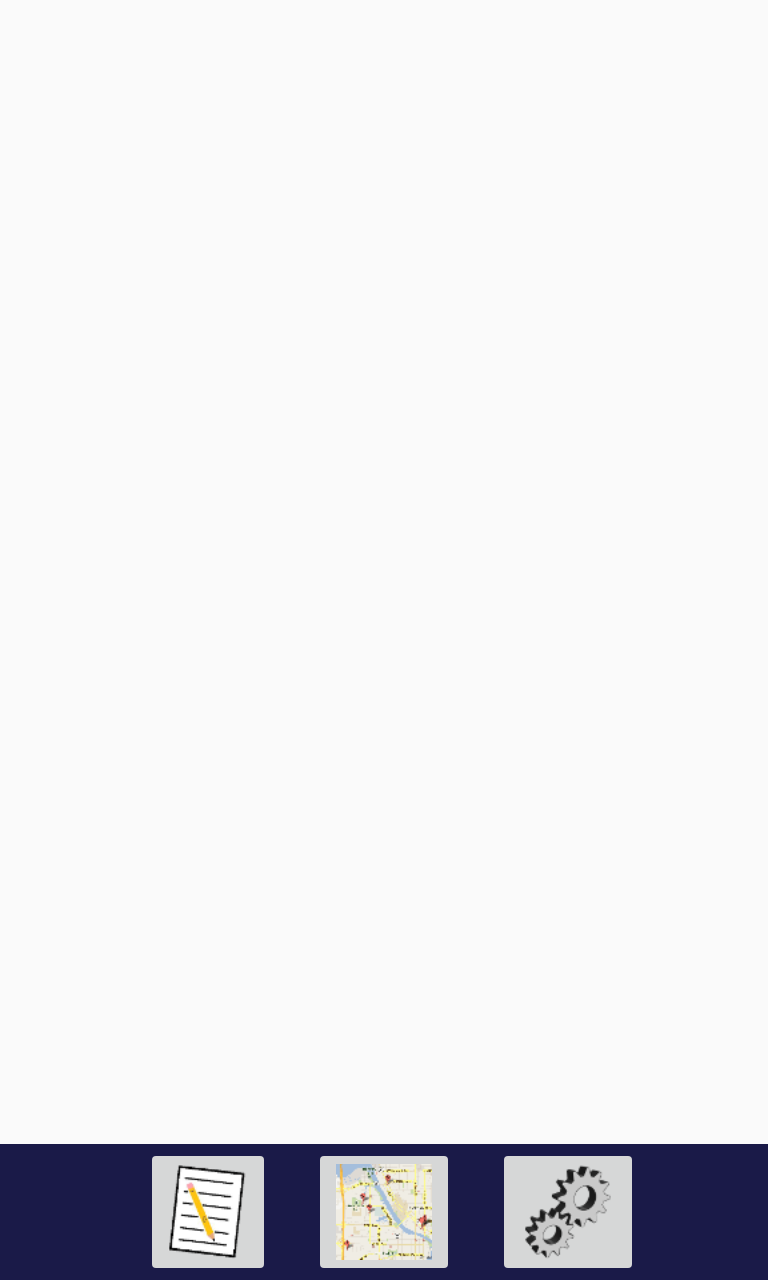
Repository: MobileApps-Cascadia/JenniferBronson_ExercisesChapter5
Layout: MyContactList/res/layout/activity_contact_settings.xml
The author's editor kept a copy of each file at every save. The layout is drawn from the files as they stood at one save, then again after the next save.
It is drawn on a 768 x 1280 px phone screen (xhdpi) without system bars, with theme AppTheme; the app's code is not run.

Above is the layout before, as saved 2014-05-03 00:53:10.

### MyContactList/res/layout/activity_contact_settings.xml
<RelativeLayout xmlns:android="http://schemas.android.com/apk/res/android"
    xmlns:tools="http://schemas.android.com/tools"
    android:layout_width="match_parent"
    android:layout_height="match_parent"
    tools:context=".ContactActivity">


    <RelativeLayout
        android:id="@+id/navbar"
        android:background="@color/navbar_background"
        android:layout_width="fill_parent"
        android:layout_height="wrap_content"
        android:layout_alignParentBottom="true">

        <ImageButton
            android:id="@+id/imageButtonList"
            android:layout_width="wrap_content"
            android:layout_height="wrap_content"
            android:layout_centerVertical="true"
            android:layout_toLeftOf="@+id/imageButtonMap"
            android:layout_marginRight="20dp"
            android:src="@drawable/contactlisticon" />

        <ImageButton
            android:id="@+id/imageButtonMap"
            android:layout_width="wrap_content"
            android:layout_height="wrap_content"
            android:layout_centerVertical="true"
            android:layout_centerHorizontal="true"
            android:layout_toRightOf="@+id/imageButton1"
            android:src="@drawable/mapicon" />

        <ImageButton
            android:id="@+id/imageButtonSettings"
            android:layout_width="wrap_content"
            android:layout_height="wrap_content"
            android:layout_centerVertical="true"
            android:layout_marginLeft="20dp"
            android:layout_toRightOf="@+id/imageButtonMap"
            android:src="@drawable/settingsicon" />

    </RelativeLayout>

</RelativeLayout>

### MyContactList/res/values/color.xml
<?xml version="1.0" encoding="utf-8"?>
<resources>
    <color name="navbar_background">#1a1a48</color>
    <color name="toolbar_background">#bebebe</color>
    <color name="dataEntry_background">#a8a8e0</color>

</resources>

Loaded but not shown: MyContactList/res/values/styles.xml (common file); MyContactList/res/values-v11/styles.xml (common file); MyContactList/res/values-v14/styles.xml (common file)

After the next save:
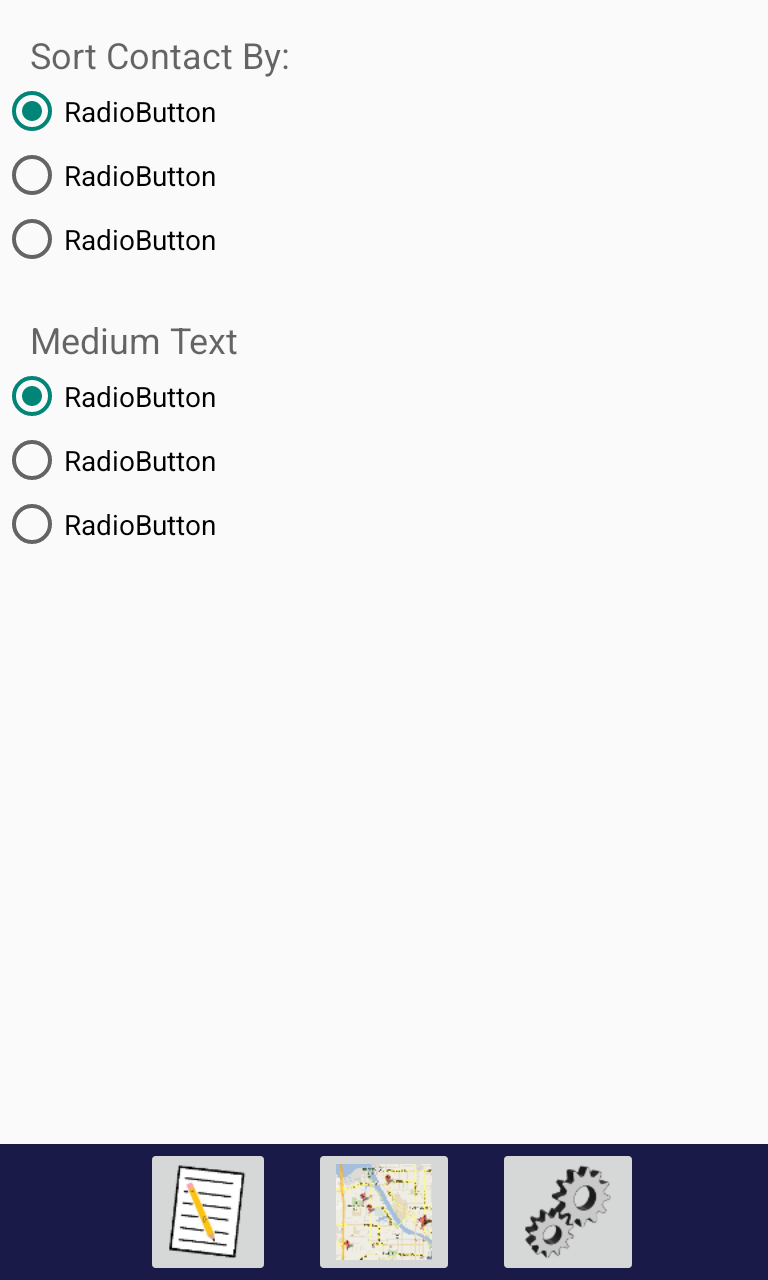
Saved 35 min 3 s later.
--- a/MyContactList/res/layout/activity_contact_settings.xml
+++ b/MyContactList/res/layout/activity_contact_settings.xml
@@ -1,32 +1,32 @@
-<RelativeLayout xmlns:android="http://schemas.android.com/apk/res/android"
-    xmlns:tools="http://schemas.android.com/tools"
+<RelativeLayout xmlns:tools="http://schemas.android.com/tools"
+    xmlns:android="http://schemas.android.com/apk/res/android"
+    xmlns:android1="http://schemas.android.com/apk/res/android"
     android:layout_width="match_parent"
     android:layout_height="match_parent"
-    tools:context=".ContactActivity">
-
+    tools:context=".ContactActivity" >
 
     <RelativeLayout
         android:id="@+id/navbar"
-        android:background="@color/navbar_background"
         android:layout_width="fill_parent"
         android:layout_height="wrap_content"
-        android:layout_alignParentBottom="true">
+        android:layout_alignParentBottom="true"
+        android:background="@color/navbar_background" >
 
         <ImageButton
             android:id="@+id/imageButtonList"
             android:layout_width="wrap_content"
             android:layout_height="wrap_content"
             android:layout_centerVertical="true"
+            android:layout_marginRight="20dp"
             android:layout_toLeftOf="@+id/imageButtonMap"
-            android:layout_marginRight="20dp"
             android:src="@drawable/contactlisticon" />
 
         <ImageButton
             android:id="@+id/imageButtonMap"
             android:layout_width="wrap_content"
             android:layout_height="wrap_content"
+            android:layout_centerHorizontal="true"
             android:layout_centerVertical="true"
-            android:layout_centerHorizontal="true"
             android:layout_toRightOf="@+id/imageButton1"
             android:src="@drawable/mapicon" />
 
@@ -38,7 +38,83 @@
             android:layout_marginLeft="20dp"
             android:layout_toRightOf="@+id/imageButtonMap"
             android:src="@drawable/settingsicon" />
-
     </RelativeLayout>
 
+    <TextView
+        android:id="@+id/textView1"
+        android:layout_width="wrap_content"
+        android:layout_height="wrap_content"
+        android:layout_alignParentLeft="true"
+        android:layout_alignParentTop="true"
+        android:layout_marginLeft="15dp"
+        android:layout_marginTop="15dp"
+        android:text="Sort Contact By:"
+        android:textAppearance="?android:attr/textAppearanceMedium" />
+
+    <RadioGroup
+        android1:id="@+id/radioGroup2"
+        android1:layout_width="wrap_content"
+        android1:layout_height="wrap_content"
+        android1:layout_alignParentLeft="true"
+        android1:layout_below="@+id/textView1" >
+
+        <RadioButton
+            android1:id="@+id/radio0"
+            android1:layout_width="wrap_content"
+            android1:layout_height="wrap_content"
+            android1:checked="true"
+            android1:text="RadioButton" />
+
+        <RadioButton
+            android1:id="@+id/radio1"
+            android1:layout_width="wrap_content"
+            android1:layout_height="wrap_content"
+            android1:text="RadioButton" />
+
+        <RadioButton
+            android1:id="@+id/radio2"
+            android1:layout_width="wrap_content"
+            android1:layout_height="wrap_content"
+            android1:text="RadioButton" />
+    </RadioGroup>
+
+    <TextView
+        android1:id="@+id/textView2"
+        android1:layout_width="wrap_content"
+        android1:layout_height="wrap_content"
+        android1:layout_alignLeft="@+id/textView1"
+        android1:layout_below="@+id/radioGroup2"
+        android1:layout_marginTop="22dp"
+        android1:text="Medium Text"
+        android1:textAppearance="?android:attr/textAppearanceMedium" />
+
+
+
+    <RadioGroup
+        android1:id="@+id/radioGroup4"
+        android1:layout_width="wrap_content"
+        android1:layout_height="wrap_content"
+        android1:layout_alignParentLeft="true"
+        android1:layout_below="@+id/textView2" >
+
+        <RadioButton
+            android1:id="@+id/radio0"
+            android1:layout_width="wrap_content"
+            android1:layout_height="wrap_content"
+            android1:checked="true"
+            android1:text="RadioButton" />
+
+        <RadioButton
+            android1:id="@+id/radio1"
+            android1:layout_width="wrap_content"
+            android1:layout_height="wrap_content"
+            android1:text="RadioButton" />
+
+        <RadioButton
+            android1:id="@+id/radio2"
+            android1:layout_width="wrap_content"
+            android1:layout_height="wrap_content"
+            android1:text="RadioButton" />
+    </RadioGroup>
+
 </RelativeLayout>
